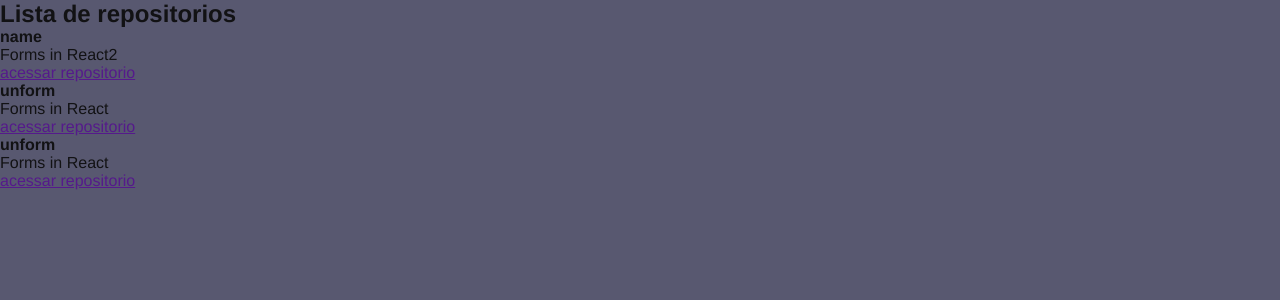
Repository: niltonmalves/01-githug-explorer
Page: /
An editor plug-in stored every save of this project. The page is shown before and after the next save, followed by the edit.
The browser window is 1280 px wide. The pictures show the whole page.
The project was rebuilt for these pictures with package versions that can differ from the ones it lists, and the page was loaded fresh each time. Also part of the build but not shown: webpack.config.js.

Above is the page before, as saved 2022-01-06 14:56:55.

### public/index.html
<!DOCTYPE html>
<html lang="en">
<head>
    <meta charset="UTF-8">
    <meta http-equiv="X-UA-Compatible" content="IE=edge">
    <meta name="viewport" content="width=device-width, initial-scale=1.0">
    <title>Github Explore</title>
</head>
<body>
    <div id="root"></div>

</body>
</html>

### src/index.jsx
import {render} from 'react-dom';
import { App } from './App';

render(<App/>, document.getElementById('root'))

### src/App.jsx
import { RepositoryList } from './components/RepositoryList';
import './styles/global.scss';

export function App(){
    return <RepositoryList></RepositoryList>
}

### src/components/RepositoryList.jsx
import { RepositoryItem } from "./RepositoryItem";

const repositoryName = 'unform2';
const repository = {
    name: 'name',
    description: 'Forms in React2',
    link: 'https://github.com/unform/unform'
}
export function RepositoryList() {
    return (
        <section className="repository-list">
      <h1>Lista de repositorios</h1>
      <ul>

        <RepositoryItem
        respository={repository}/>

          <li>
              <strong>unform</strong>
              <p>Forms in React</p>
              <a href="">
                  acessar repositorio
              </a>
          </li>
          <li>
              <strong>unform</strong>
              <p>Forms in React</p>
              <a href="">
                  acessar repositorio
              </a>
          </li>
      </ul>
        </section>
    );
}

### src/styles/global.scss
* {
    margin: 0;
    padding: 0;
    box-sizing: border-box;
}

body {
    font: 16px "Helvetica Neue", Arial, sans-serif;
    color: #121214;
    background-color: rgb(88, 88, 112);

}

### src/components/RepositoryItem.jsx
export function RepositoryItem(props){
    return(
        <li>
        <strong>{props.respository?.name ?? 'Default'}</strong>
        <p>{props.respository.description}</p>
        <a href="">
            acessar repositorio
        </a>
    </li>
    )
}

After the next save:
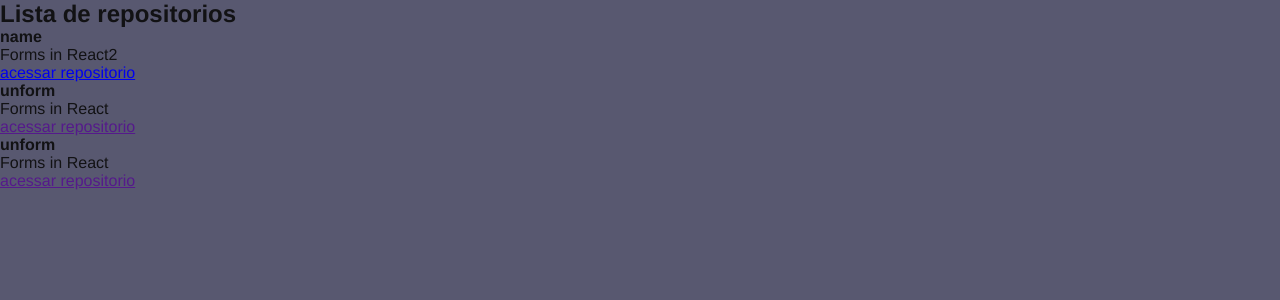
Saved 43 s later.
--- a/src/components/RepositoryItem.jsx
+++ b/src/components/RepositoryItem.jsx
@@ -3,7 +3,7 @@ export function RepositoryItem(props){
         <li>
         <strong>{props.respository?.name ?? 'Default'}</strong>
         <p>{props.respository.description}</p>
-        <a href="">
+        <a href={props.respository.link}>
             acessar repositorio
         </a>
     </li>
